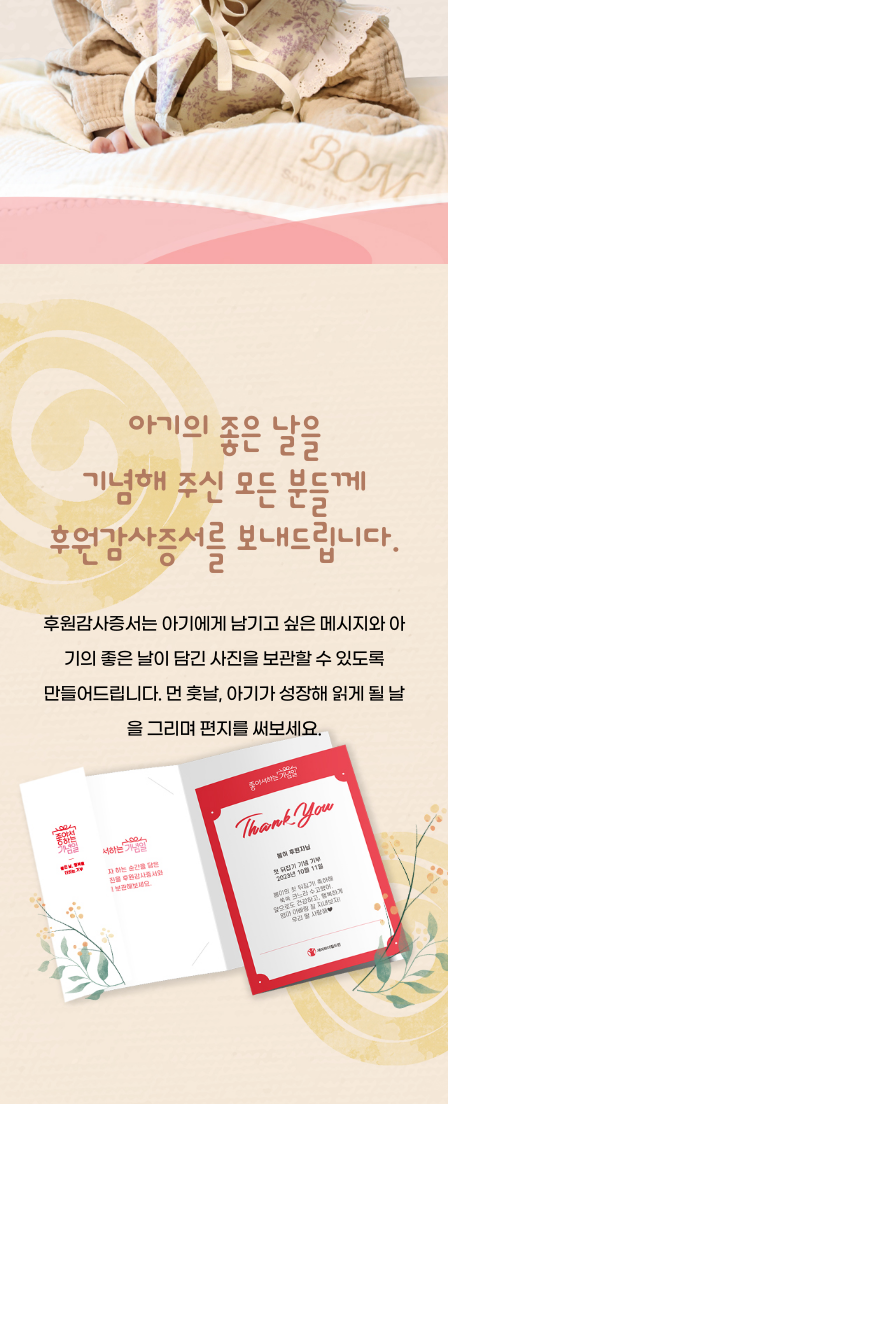
Repository: dlgywls1130/save_children_m
Page: index.html
These files come from the project's save history. The page is drawn as it stood at one moment and after the next save; the edit follows.
The browser window is 1280 px wide. The pictures show the part of the page from y = 3363 to 5283 px (the page is 20318 px tall), at 70% of full size.

Above is the page before, as saved 2023-12-13 19:16:47.

After the next save:
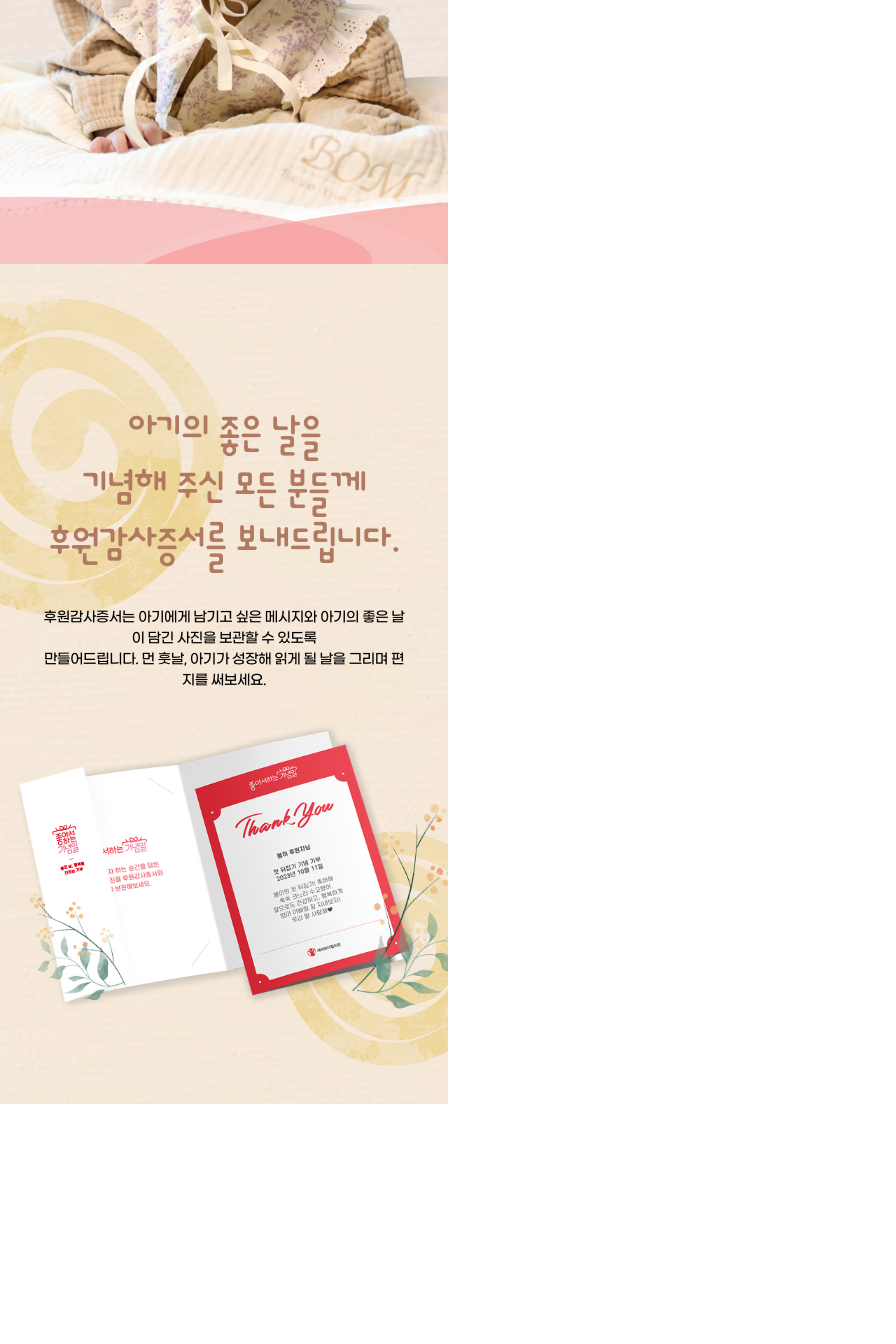
Saved 41 s later.
--- a/css/style.css
+++ b/css/style.css
@@ -355,9 +355,9 @@
 }
 
 .se_sub_co{
-    font-size: 25px;
-    letter-spacing: -0.03em;
-    line-height: 50px;
+    font-size: 20px;
+    letter-spacing: -0.03em;
+    line-height: 30px;
     font-family: 'GmarketSans';
     font-weight: 500;
     text-align: center;
